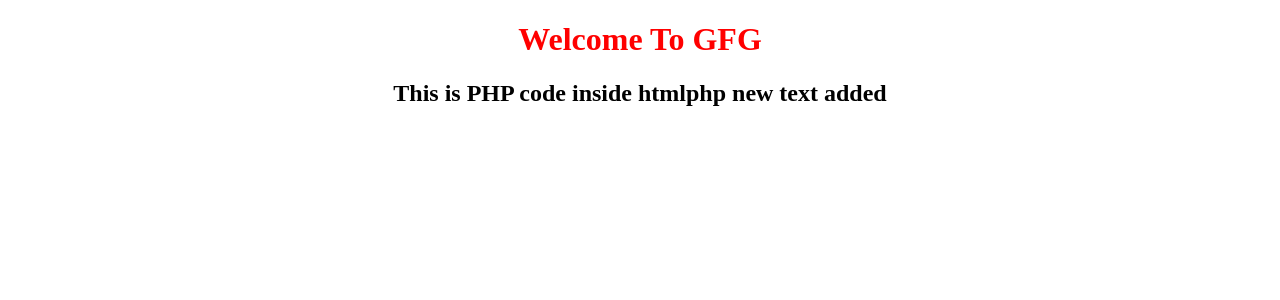
Repository: navyasureshkodenkiri/phpprojectgh-
Page: http://localhost/example1.php
An editor plug-in stored every save of this project. The page is shown before and after a run of saves, followed by the edit.
The browser window is 1280 px wide. The pictures show the whole page.
The page is run by PHP 8.4 with error messages shown; the project is at /var/www/html/.

Above is the page before, as saved 2022-12-14 11:10:44.

### example1.php
<!DOCTYPE html>
<html>

<head>
    <style>
        h1 {
            color: red;
        }
    </style>
</head>

<body>
    <center>
        <h1>Welcome To GFG</h1>

        <h2>
            <?php
            echo "This is PHP code inside html";
            echo "php new text added"

            ?>
            </h2>
    </center>
</body>

</html>

After the next 2 saves:
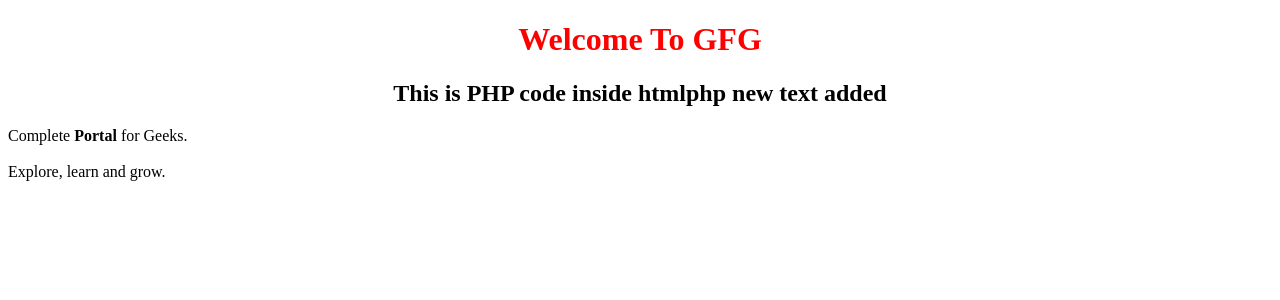
The 2 saves are shown as one change because they came seconds apart.
The last was saved 6 s later.
--- a/example1.php
+++ b/example1.php
@@ -21,6 +21,15 @@
             ?>
             </h2>
     </center>
+    <p>
+<?php
+echo "Complete <strong>Portal</strong> for Geeks."
+?>
+        <br><br>
+        <?php
+        echo 'Explore, learn and grow.'
+        ?>
+        </p>
 </body>
 
 </html>
